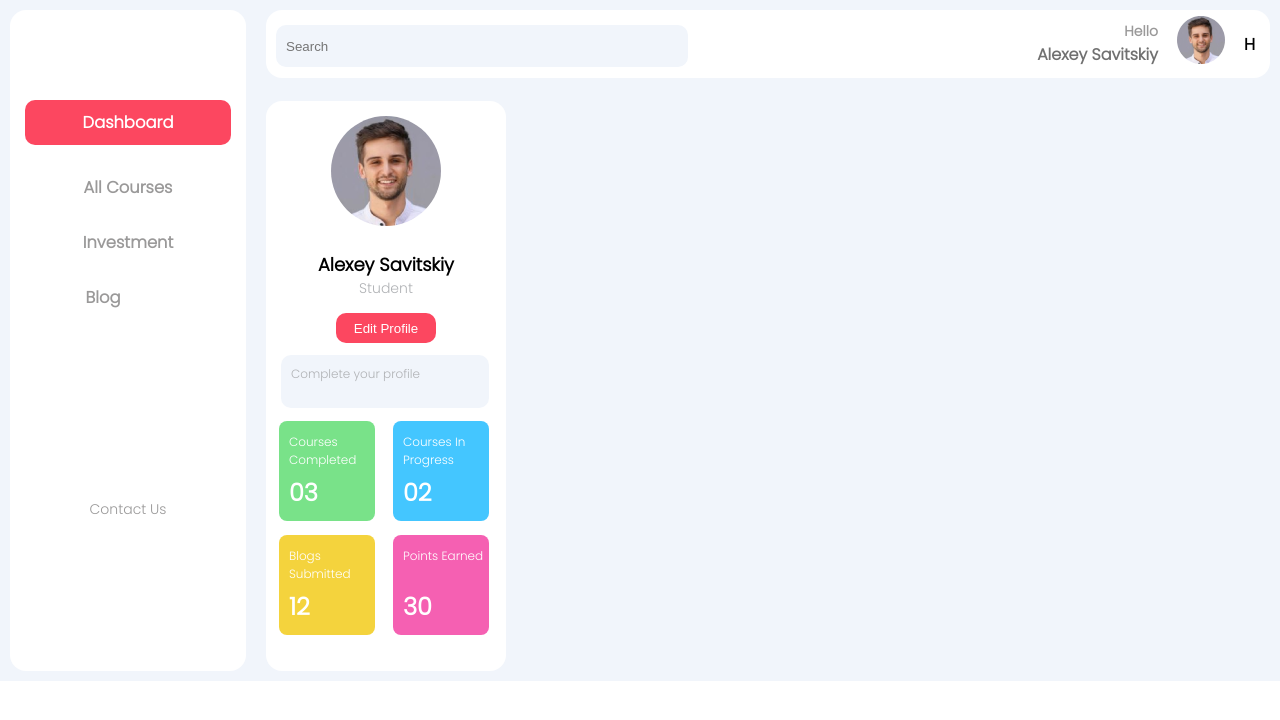
Repository: Anuruddha00/dashboard-design
Page: /
The author's editor kept a copy of each file at every save. The page is drawn from the files as they stood at one save, then again after the next save.
The browser window is 1280 px wide. The pictures show the whole page.
The project was rebuilt for these pictures with package versions that can differ from the ones it lists, and the page was loaded fresh each time.

Above is the page before, as saved 2021-05-07 15:12:26.

### public/index.html
<!DOCTYPE html>
<html lang="en">
  <head>
    <meta charset="utf-8" />
    <link rel="icon" href="%PUBLIC_URL%/favicon.ico" />
    <meta name="viewport" content="width=device-width, initial-scale=1" />
    <meta name="theme-color" content="#000000" />
    <meta
      name="description"
      content="Web site created using create-react-app"
    />
    <link rel="apple-touch-icon" href="%PUBLIC_URL%/logo192.png" />

    <link rel="preconnect" href="https://fonts.gstatic.com">
    <link href="https://fonts.googleapis.com/css2?family=Poppins:wght@300&display=swap" rel="stylesheet">

    <!--
      manifest.json provides metadata used when your web app is installed on a
      user's mobile device or desktop. See https://developers.google.com/web/fundamentals/web-app-manifest/
    -->
    <link rel="manifest" href="%PUBLIC_URL%/manifest.json" />
    <!--
      Notice the use of %PUBLIC_URL% in the tags above.
      It will be replaced with the URL of the `public` folder during the build.
      Only files inside the `public` folder can be referenced from the HTML.

      Unlike "/favicon.ico" or "favicon.ico", "%PUBLIC_URL%/favicon.ico" will
      work correctly both with client-side routing and a non-root public URL.
      Learn how to configure a non-root public URL by running `npm run build`.
    -->
    <title>React App</title>
  </head>
  <body>
    <noscript>You need to enable JavaScript to run this app.</noscript>
    <div id="root"></div>
    <!--
      This HTML file is a template.
      If you open it directly in the browser, you will see an empty page.

      You can add webfonts, meta tags, or analytics to this file.
      The build step will place the bundled scripts into the <body> tag.

      To begin the development, run `npm start` or `yarn start`.
      To create a production bundle, use `npm run build` or `yarn build`.
    -->
  </body>
</html>

### src/index.js
import React from 'react';
import ReactDOM from 'react-dom';
import Dashboard from './containers/Dashboard/Dashboard';
import reportWebVitals from './reportWebVitals';

ReactDOM.render(
  <React.StrictMode>
    <Dashboard />
  </React.StrictMode>,
  document.getElementById('root')
);

// If you want to start measuring performance in your app, pass a function
// to log results (for example: reportWebVitals(console.log))
// or send to an analytics endpoint. Learn more: https://bit.ly/CRA-vitals
reportWebVitals();

### src/containers/Dashboard/Dashboard.js
import React from 'react';
import './Dashboard.scss';

const dashboard = () =>{

    return(
        <div className='container'>
            <div className='dashboard'>
                <div className='dashboardSideBar'>
                   <div className='dashboardSideBarTitle'>
                        <h3 className='dashboardSideBarTitleDashboard'>Dashboard</h3>
                        <h3 className='dashboardSideBarTitleCourses'>All Courses</h3>
                        <h3 className='dashboardSideBarTitleInvestment'>Investment</h3>
                        <h3 className='dashboardSideBarTitleBlog'>Blog</h3>
                   </div>
                   <div className='dashboardSideBarContact'>
                        <p>Contact Us</p>
                   </div>
                </div>
                <div className='dashboardMenu'>
                    <section className='content'>
                        <nav className='contentNavbar'>
                            <div className='contentNavbarSearch'>
                                <form>
                                    <input type='text' placeholder='Search'/>
                                </form>
                            </div>
                            <div className='contentNavbarProfile'>
                                <div className='contentNavbarProfileName'>
                                    <h3>Hello</h3>
                                    <h2>Alexey Savitskiy</h2>
                                </div>
                                <img src='./assets/Image 9.png'/>
                                <h1>H</h1>
                            </div>
                        </nav>
                        <div className='contentBody'>
                            <section className='details'>
                                <div className='detailsAbout'>
                                    <div className='detailsAboutProfile'>
                                        <img src='./assets/Image 12.png'/>
                                        <h3>Alexey Savitskiy</h3>
                                        <p>Student</p>
                                        <button>Edit Profile</button>
                                    </div>
                                    <div className='detailsAboutComplete'>
                                        <p>Complete your profile</p>
                                    </div>
                                    <div className='detailsAboutProgress'>
                                        <div className='detailsAboutProgressCompleted'>
                                            <p>Courses Completed</p>
                                            <h1>03</h1>
                                        </div>
                                        <div className='detailsAboutProgressContinue'>
                                            <p>Courses In Progress</p>
                                            <h1>02</h1>
                                        </div>
                                        <div className='detailsAboutProgressBlogs'>
                                            <p>Blogs Submitted</p>
                                            <h1>12</h1>
                                        </div>
                                        <div className='detailsAboutProgressPoints'>
                                            <p>Points Earned</p>
                                            <h1>30</h1>
                                        </div>
                                    </div>
                                </div>
                            </section>
                        </div>
                   </section>
                </div>
            </div>
        </div>
    )

}
export default dashboard;

### src/containers/Dashboard/Dashboard.scss

body{
    margin: 0;
    padding: 0;
    font-size: 0.875rem;
    font-family: 'Poppins', sans-serif;

}

.container{
    background: #f1f5fb;
    height: 100%;

    .dashboard{
        display: grid;
        grid-template-columns: 1fr 4fr;
        grid-auto-rows: minmax(100px, auto);

        &SideBar{
            grid-column: 1;
            grid-row: 1 / 6;
            padding-bottom: 70px;
            border-radius: 16px;
            background: #ffffff;
            margin: 10px;

            &Title{
                margin-top: 90px;
                font-size: 14px;

                &Dashboard{
                    background:#fc4760;
                    border-radius: 10px;
                    text-align: center;
                    padding: 10px 10px 10px 10px;
                    margin: 10px 15px 10px 15px;
                    color: #ffffff;

                }
                &Courses{
                    text-align: center;
                    margin-top: 30px;
                    color: #9a9999;
                }
                &Investment{
                    text-align: center;
                    margin-top: 30px;
                    color: #9a9999;
                }
                &Blog{
                    text-align: center;
                    margin-top: 30px;
                    margin-right: 50px;
                    color: #9a9999;
                }
            }
            &Contact{
                margin-top: 80%;

                p{
                    text-align: center;
                    color: #9a9999;
                    font-size: 14px;
                }

            }
        }
        &Menu{
            grid-column: 2;
            grid-row: 1 / 6;
            margin: 10px;

            .content{
                display: grid;
                grid-template-rows:1fr 7fr ;
                gap:10px;

                &Navbar{
                    display: grid;
                    grid-template-columns: 1fr 1fr;

                    background: #ffffff;
                    border-radius: 16px;
                    height: 68px;

                    &Search{

                        input{
                            background: #f1f5fb;
                            border-style: none;
                            padding-left: 10px;
                            width: 400px;
                            height: 40px;
                            margin: 15px 0 0 10px;
                            border-radius: 10px;

                        }
                    }
                    &Profile{
                        display: flex;
                        flex-direction: row;
                        justify-content: flex-end;
                        gap: 1em;
                        margin-right: 15px;
                        align-items: center;
                        height: 68px;

                        &Name{
                            text-align: end;
                            margin-top: 0;

                            h3{
                                color: #9a9999;
                                margin: 0;
                                font-size: 14px;
                            }
                            h2{
                                margin: 0;
                                font-size: 16px;
                                color: #707070;
                            }
                        }
                    }
                }
                &Body{
                    display: grid;
                    grid-template-columns: 2fr 4fr 3fr;

                    .details{
                        border-radius: 16px;
                        background: #ffffff;


                        &About{
                            height:555px;
                            width: 240px;

                            &Profile{
                                text-align: center;
                                margin-top: 15px;


                                h3{
                                    font-size: 18px;
                                    margin: 0;
                                }
                                p{
                                    color: #b0b2b5;
                                    margin-top: 0;
                                }
                                button{
                                    border-style: none;
                                    border-radius: 10px;
                                    width: 100px;
                                    height: 30px;
                                    color: #ffffff;
                                    background: #fc4760;

                                }
                            }
                            &Complete{
                                background: #f1f5fb;
                                border-radius: 10px;
                                color: #b0b2b5;
                                height: 53px;
                                width: 208px;
                                font-size: 12px;
                                margin-left: 15px;

                                p{
                                    padding-left: 10px;
                                    padding-top: 10px;
                                }
                            }
                            &Progress{
                                display: grid;
                                grid-template-columns: 1fr 1fr;
                                margin: 13px;
                                gap: 1em;
                                color: #ffffff;

                                p{
                                    font-size: 12px;
                                    padding-left: 10px;
                                }


                                &Completed{
                                    background: #79e289;
                                    border-radius: 8px;
                                    width: 96px;
                                    height: 100px;
                                    position: relative;

                                    h1{
                                        font-size: 24px;
                                        position: absolute;
                                        left: 10px;
                                        top: 30px;
                                    }

                                }
                                &Continue{
                                    background:  #44c6ff;
                                    border-radius: 8px;
                                    width: 96px;
                                    height: 100px;
                                    position: relative;

                                    h1{
                                        font-size: 24px;
                                        position: absolute;
                                        left: 10px;
                                        top: 30px;
                                    }

                                }
                                &Blogs{
                                    background:  #f4d33d;
                                    border-radius: 8px;
                                    width: 96px;
                                    height: 100px;
                                    position: relative;

                                    h1{
                                        font-size: 24px;
                                        position: absolute;
                                        left: 10px;
                                        top: 30px;
                                    }
                                }
                                &Points{
                                    background: #f560b2;
                                    border-radius: 8px;
                                    width: 96px;
                                    height: 100px;
                                    position: relative;

                                    h1{
                                        font-size: 24px;
                                        position: absolute;
                                        left: 10px;
                                        top: 30px;
                                    }

                                }

                            }
                        }
                    }
                }
            }
        }
    }
}

Loaded but not shown: src/reportWebVitals.js (common file)

After the next save:
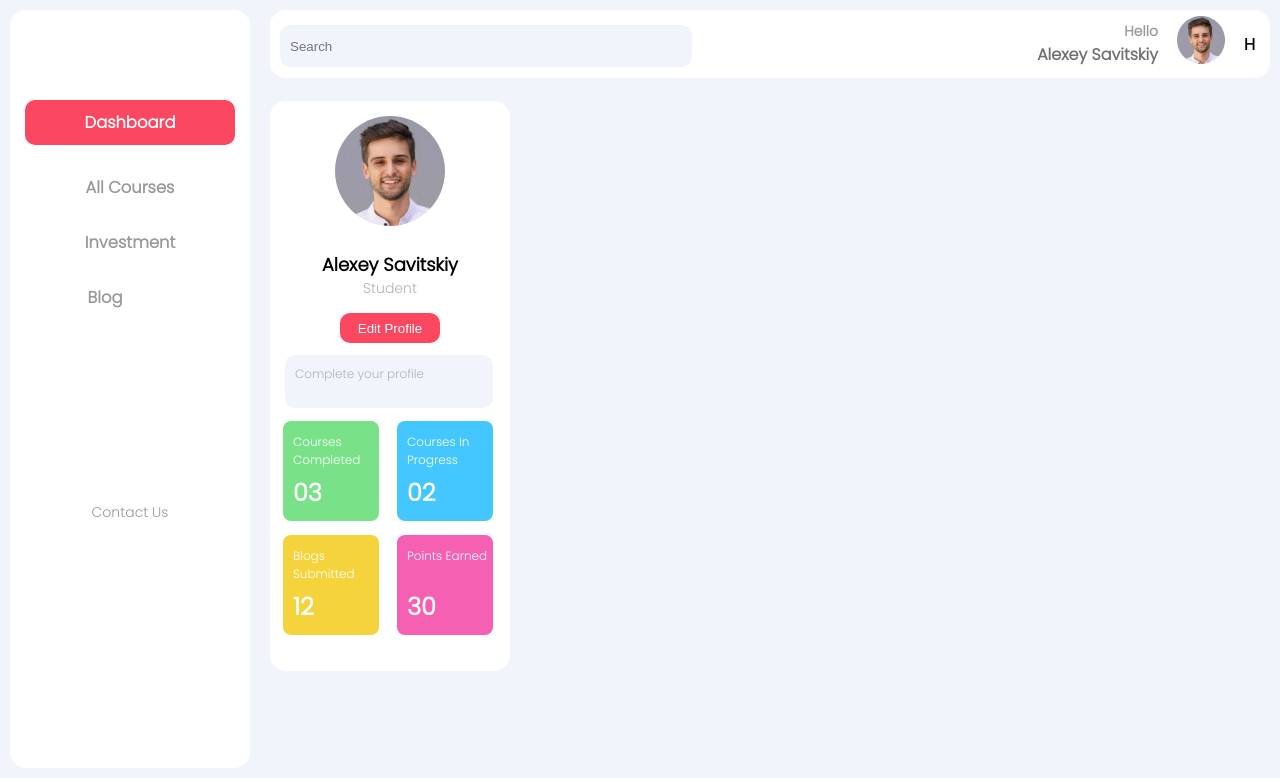
Saved 51 s later.
--- a/src/containers/Dashboard/Dashboard.scss
+++ b/src/containers/Dashboard/Dashboard.scss
@@ -23,6 +23,8 @@ body{
             border-radius: 16px;
             background: #ffffff;
             margin: 10px;
+            height: 688px;
+            width: 240px;
 
             &Title{
                 margin-top: 90px;
